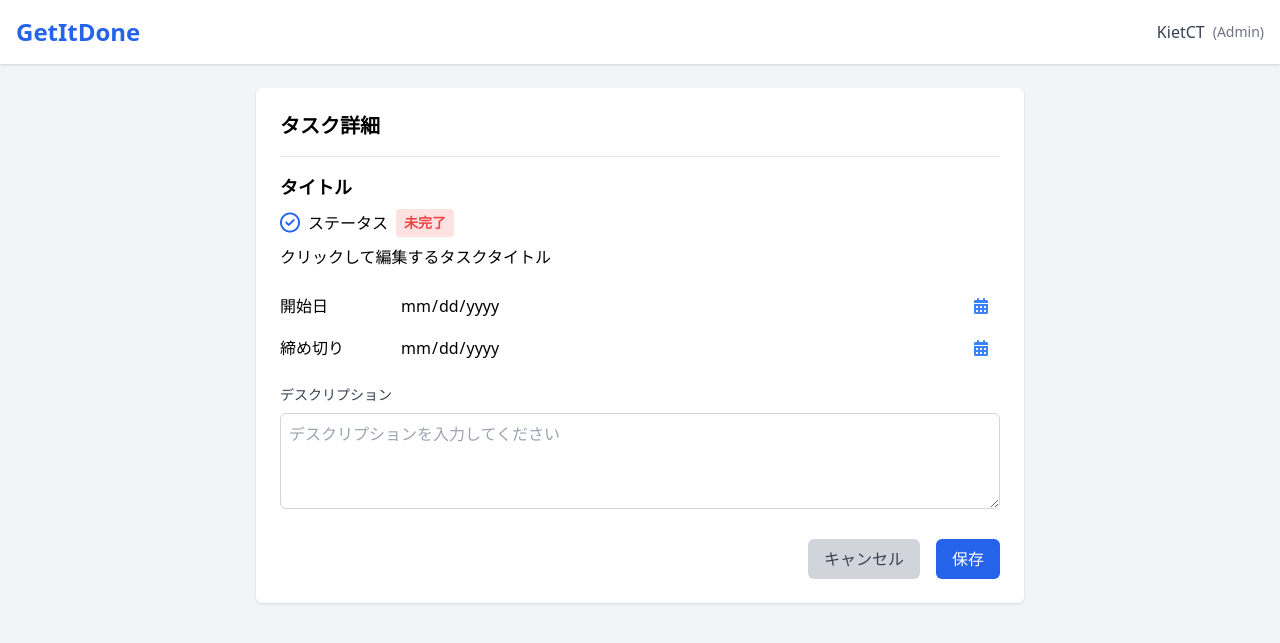
Repository: TuanAnhNguyen723/todolist
Page: detail/detail.html
An editor plug-in stored every save of this project. The page is shown before and after the next save, followed by the edit.
The browser window is 1280 px wide. The pictures show the whole page.
Some web libraries are served in a nearby version.

Above is the page before, as saved 2024-09-25 10:33:35.

### detail/detail.html
<!DOCTYPE html>
<html lang="ja">
  <head>
    <meta charset="UTF-8" />
    <meta name="viewport" content="width=device-width, initial-scale=1.0" />
    <title>タスク詳細 - GetItDone</title>
    <script src="https://cdn.tailwindcss.com"></script>
    <link
      rel="stylesheet"
      href="https://cdnjs.cloudflare.com/ajax/libs/font-awesome/6.6.0/css/all.min.css"
    />
    <style>
      /* Ẩn icon mặc định của input date */
      input[type="date"]::-webkit-calendar-picker-indicator {
        display: none;
      }

      /* Bố trí lại input với icon lịch */
      .date-container {
        position: relative;
        display: inline-block;
        width: 100%;
      }

      .date-container input {
        width: 100%;
        padding-right: 2.5rem; /* Để dành chỗ cho icon */
      }

      .date-container i {
        position: absolute;
        right: 0.75rem;
        top: 50%;
        transform: translateY(-50%);
        pointer-events: none; /* Không ảnh hưởng khi click */
        color: #3b82f6;
      }

      /* Ẩn input mặc định */
      #titleInput {
        display: none;
      }
    </style>
  </head>
  <body class="bg-gray-100 font-sans">
    <!-- Header -->
    <header class="bg-white shadow p-4">
      <div class="max-w-7xl mx-auto flex justify-between items-center">
        <h1 class="text-2xl font-bold text-blue-600">GetItDone</h1>
        <div class="flex items-center">
          <span class="text-gray-700">KietCT</span>
          <span class="text-sm text-gray-500 ml-2">(Admin)</span>
        </div>
      </div>
    </header>

    <!-- Task Details -->
    <div class="max-w-3xl mx-auto mt-6 p-6 bg-white shadow rounded-md">
      <h2 class="text-xl font-bold mb-4">タスク詳細</h2>

      <div class="border-t pt-4">
        <!-- Title and Status -->
        <div class="mb-6">
          <h3 class="text-lg font-semibold">タイトル</h3>
          <div class="flex items-center space-x-2 mt-2">
            <label class="inline-flex items-center">
              <i class="fa-regular fa-circle-check text-blue-600 text-xl"></i>
              <span class="ml-2">ステータス</span>
            </label>
            <span
              class="text-red-500 font-bold text-sm px-2 py-1 rounded bg-red-100"
              >未完了</span
            >
          </div>

          <!-- Chỉnh sửa tiêu đề -->
          <div class="mt-2">
            <span id="titleText" ondblclick="editTitle()">クリックして編集するタスクタイトル</span>
            <input
              type="text"
              id="titleInput"
              class="border border-gray-300 rounded-md p-2"
              value="クリックして編集するタスクタイトル"
              onblur="saveTitle()"
            />
          </div>
        </div>

        <!-- Dates -->
        <div class="grid grid-rows-2 gap-4 mb-6">
          <div class="flex items-center">
            <div style="width: 20%;">開始日</div>
            <div class="date-container">
              <input
                type="date"
                class="form-control shadow-none"
                name="checkin"
                id="startDateInput"
                required=""
              />
              <i class="fas fa-calendar-alt"></i>
            </div>
          </div>
          <div class="flex items-center">
            <div style="width: 20%;">締め切り</div>
            <div class="date-container">
              <input
                type="date"
                class="form-control shadow-none"
                name="checkin"
                id="endDateInput"
                required=""
              />
              <i class="fas fa-calendar-alt"></i>
            </div>
          </div>
        </div>

        <!-- Description -->
        <div class="mb-6">
          <label class="block text-sm text-gray-700" for="description"
            >デスクリプション</label
          >
          <textarea
            id="description"
            class="w-full h-24 mt-2 p-2 border border-gray-300 rounded-md"
            placeholder="デスクリプションを入力してください"
          ></textarea>
        </div>

        <!-- Buttons -->
        <div class="flex justify-end space-x-4">
          <button class="px-4 py-2 bg-gray-300 text-gray-700 rounded-md">
            キャンセル
          </button>
          <button class="px-4 py-2 bg-blue-600 text-white rounded-md">
            保存
          </button>
        </div>
      </div>
    </div>

    <script>
      function editTitle() {
        document.getElementById("titleText").style.display = "none";
        document.getElementById("titleInput").style.display = "inline-block";
        document.getElementById("titleInput").focus();
      }

      function saveTitle() {
        const input = document.getElementById("titleInput");
        const text = document.getElementById("titleText");
        text.textContent = input.value;
        input.style.display = "none";
        text.style.display = "inline";
      }
    </script>
  </body>
</html>

After the next save:
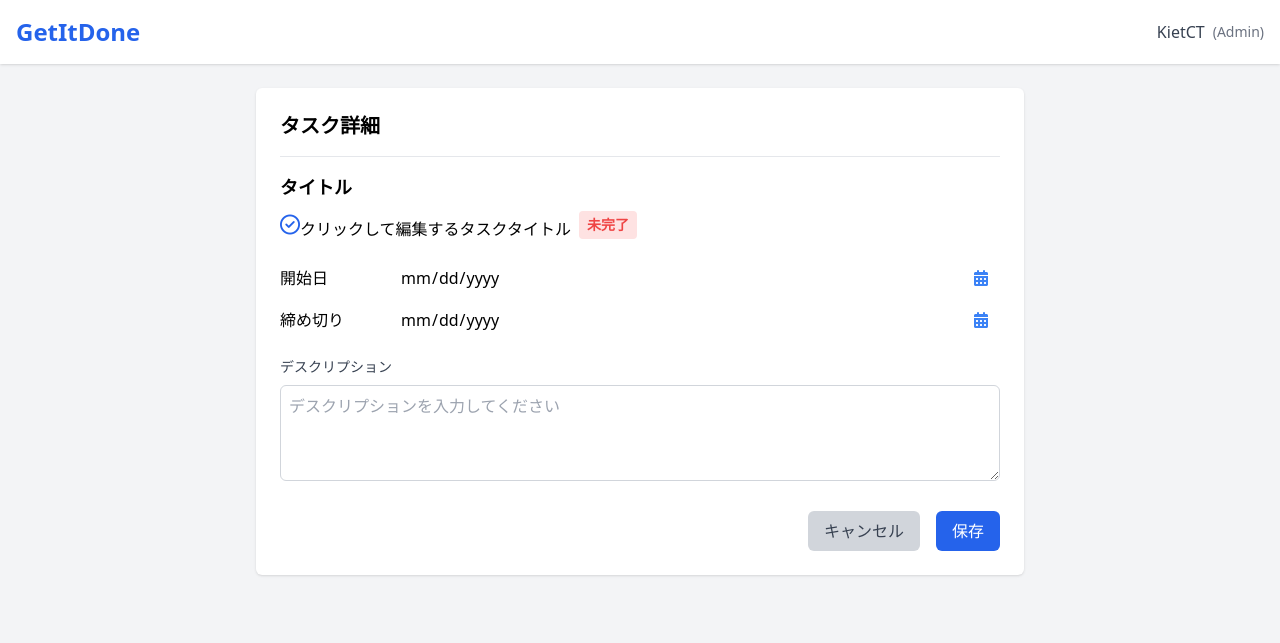
Saved 50 s later.
--- a/detail/detail.html
+++ b/detail/detail.html
@@ -65,7 +65,16 @@
           <div class="flex items-center space-x-2 mt-2">
             <label class="inline-flex items-center">
               <i class="fa-regular fa-circle-check text-blue-600 text-xl"></i>
-              <span class="ml-2">ステータス</span>
+              <div class="mt-2">
+                <span id="titleText" ondblclick="editTitle()">クリックして編集するタスクタイトル</span>
+                <input
+                  type="text"
+                  id="titleInput"
+                  class="border border-gray-300 rounded-md p-2"
+                  value="クリックして編集するタスクタイトル"
+                  onblur="saveTitle()"
+                />
+              </div>
             </label>
             <span
               class="text-red-500 font-bold text-sm px-2 py-1 rounded bg-red-100"
@@ -74,16 +83,7 @@
           </div>
 
           <!-- Chỉnh sửa tiêu đề -->
-          <div class="mt-2">
-            <span id="titleText" ondblclick="editTitle()">クリックして編集するタスクタイトル</span>
-            <input
-              type="text"
-              id="titleInput"
-              class="border border-gray-300 rounded-md p-2"
-              value="クリックして編集するタスクタイトル"
-              onblur="saveTitle()"
-            />
-          </div>
+
         </div>
 
         <!-- Dates -->
